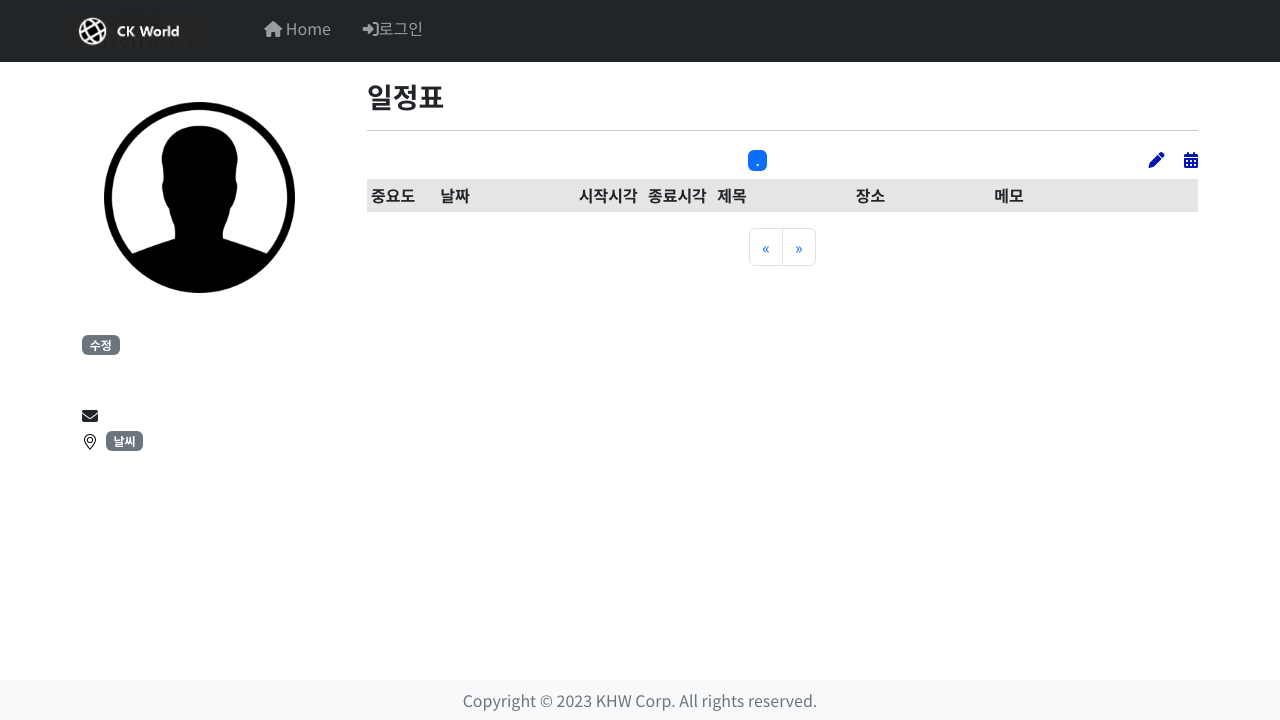
Repository: ssmpet/Spring-BBS-2023.07
Page: http://localhost/sbbs/WEB-INF/view/schedule/list.jsp
An editor plug-in stored every save of this project. The page is shown before and after the next save, followed by the edit.
The browser window is 1280 px wide. The pictures show the whole page.
Some web fonts or font styles are not loaded; a fallback is used. Some web libraries are served in a nearby version. The page is served by Tomcat 9. Nobody is signed in. The template is opened directly, without the code that normally fills it, so the values that code supplies are empty.

Above is the page before, as saved 2023-08-02 06:40:16.

After the next save:
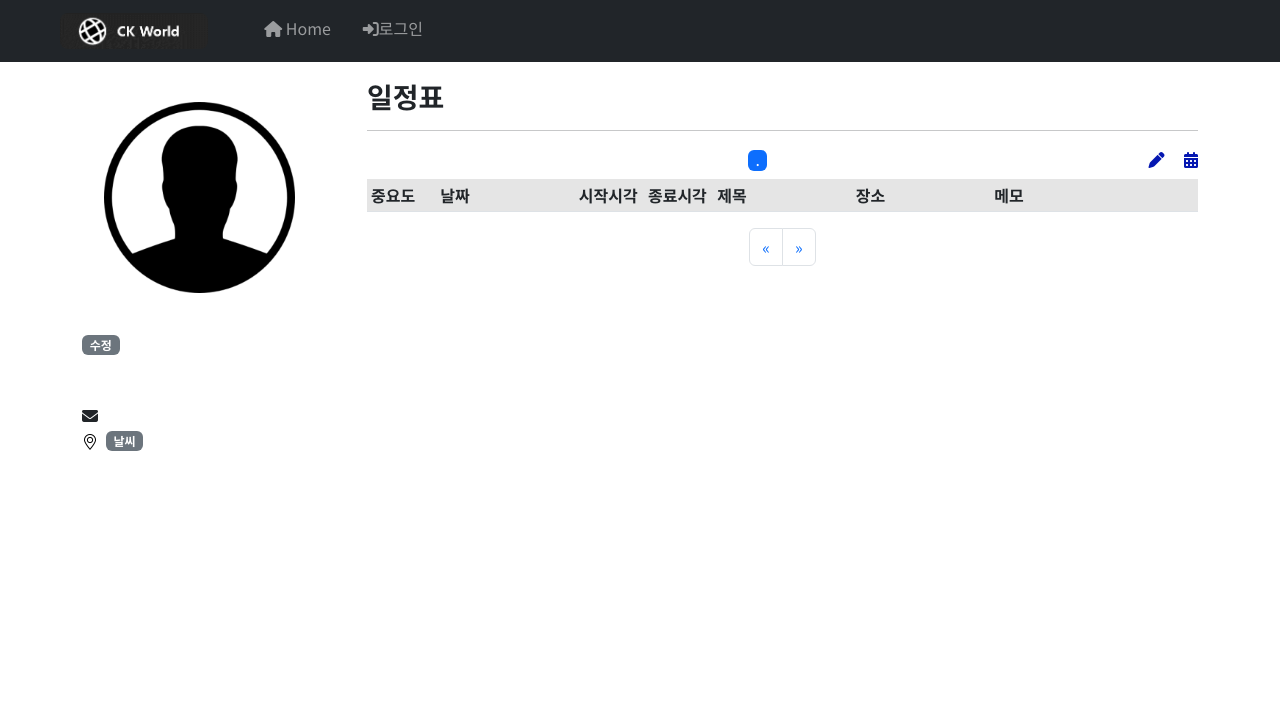
Saved 19 s later.
--- a/sbbs/src/main/webapp/WEB-INF/view/schedule/list.jsp
+++ b/sbbs/src/main/webapp/WEB-INF/view/schedule/list.jsp
@@ -84,7 +84,7 @@
 
 		</div>
     </div>
-	<%@ include file="../common/bottom.jspf" %>
+	<!-- %@ include file="../common/bottom.jspf" %-->
 
 	<div class="modal" id="addAnnivModal">
 		<div class="modal-dialog">
